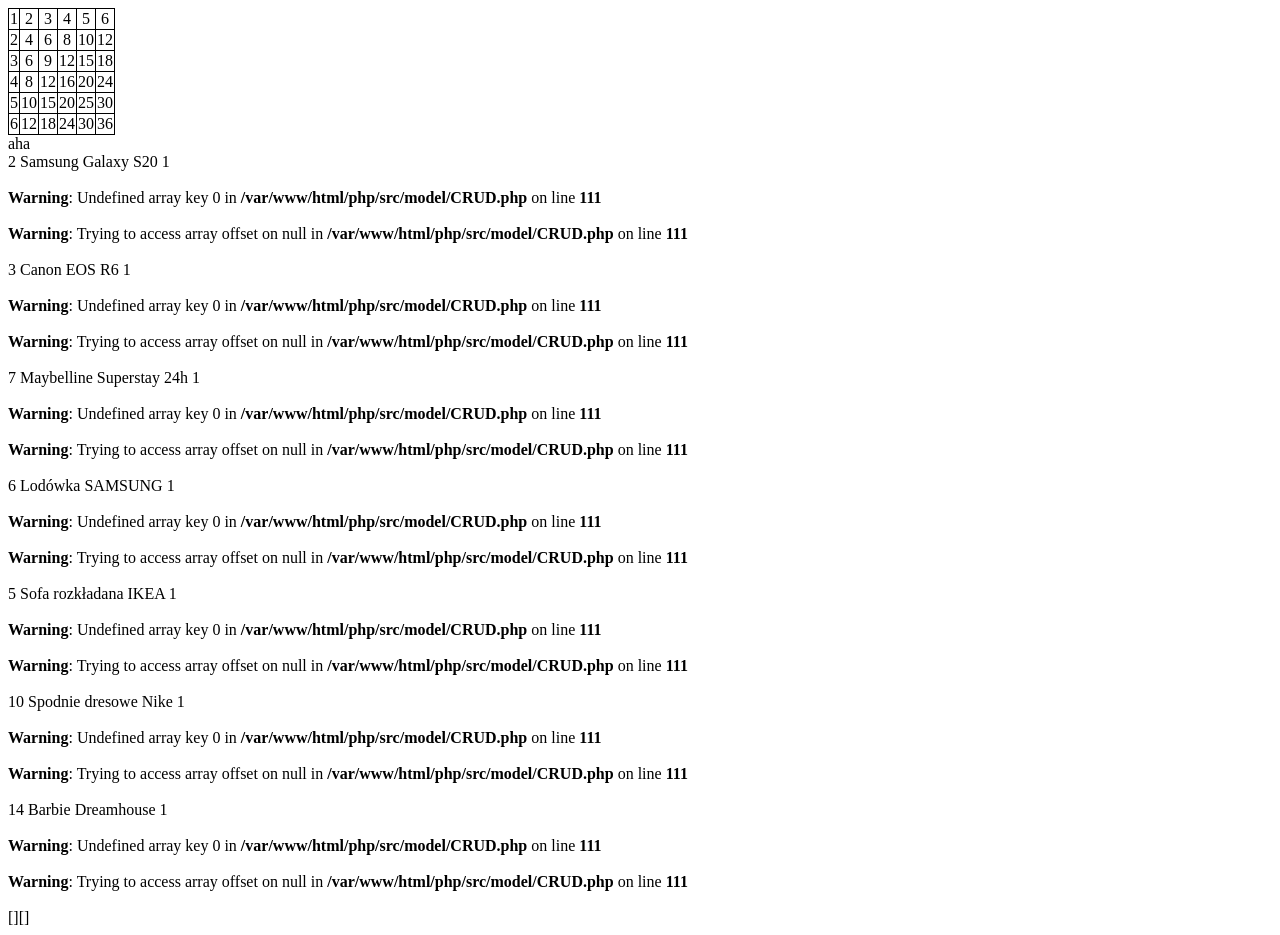
Repository: alphatra/Task-menager
Page: http://localhost/php/src/views/test.php
An editor plug-in stored every save of this project. The page is shown before and after the next save, followed by the edit.
The browser window is 1280 px wide. The pictures show the whole page.
The page is run by PHP 8.4 with error messages shown; the project is at /var/www/html/. Queries for data that is not in the repository find no rows.

Above is the page before, as saved 2023-02-11 15:02:41.

After the next save:
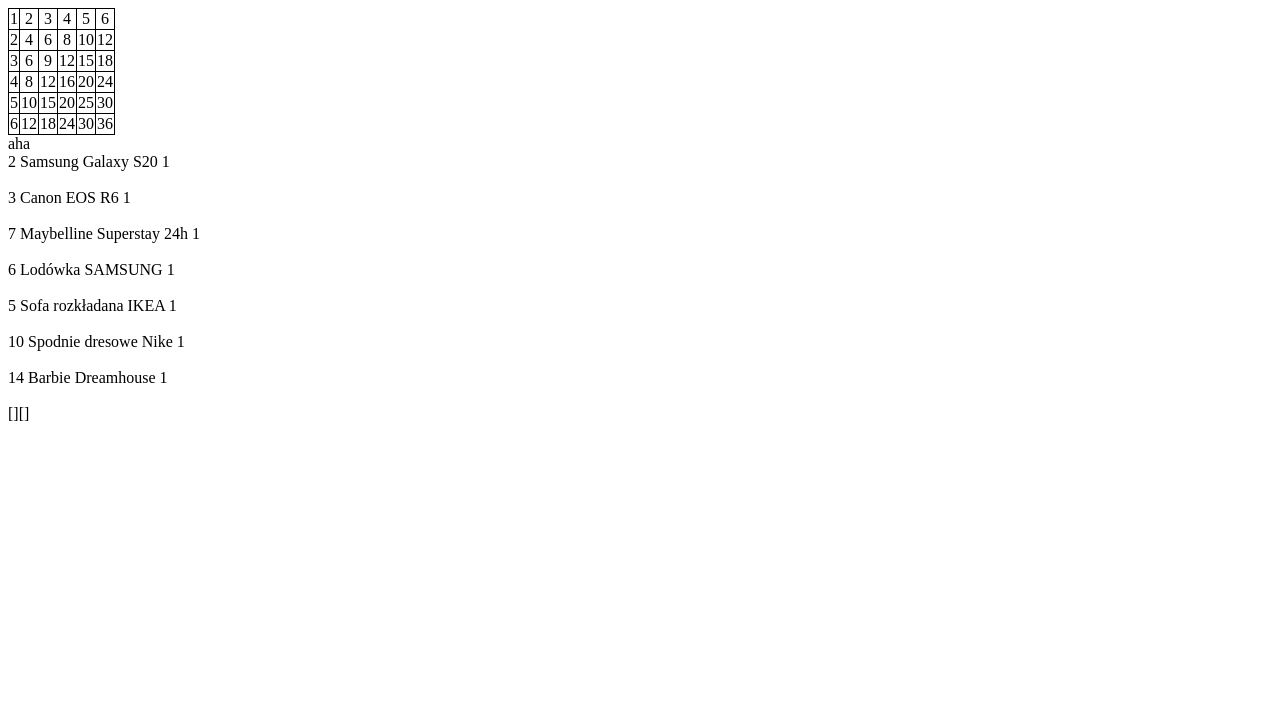
Saved 10 min 58 s later.
--- a/php/src/views/test.php
+++ b/php/src/views/test.php
@@ -76,7 +76,8 @@
 echo $prod->list_name."<br>";
 foreach($products->product_id as $key => $value){
     echo $products->product_id[$key]." ".$products->product_title[$key]." ".$products->qty[$key]."<br>";
-    $db->createListItems($products->qty[$key], $prod->list_name, $products->product_id[$key]);
+    //listname!!!
+    //$db->createListItems($products->qty[$key], $prod->list_name, $products->product_id[$key]);
     echo "<br>";
 }
 
